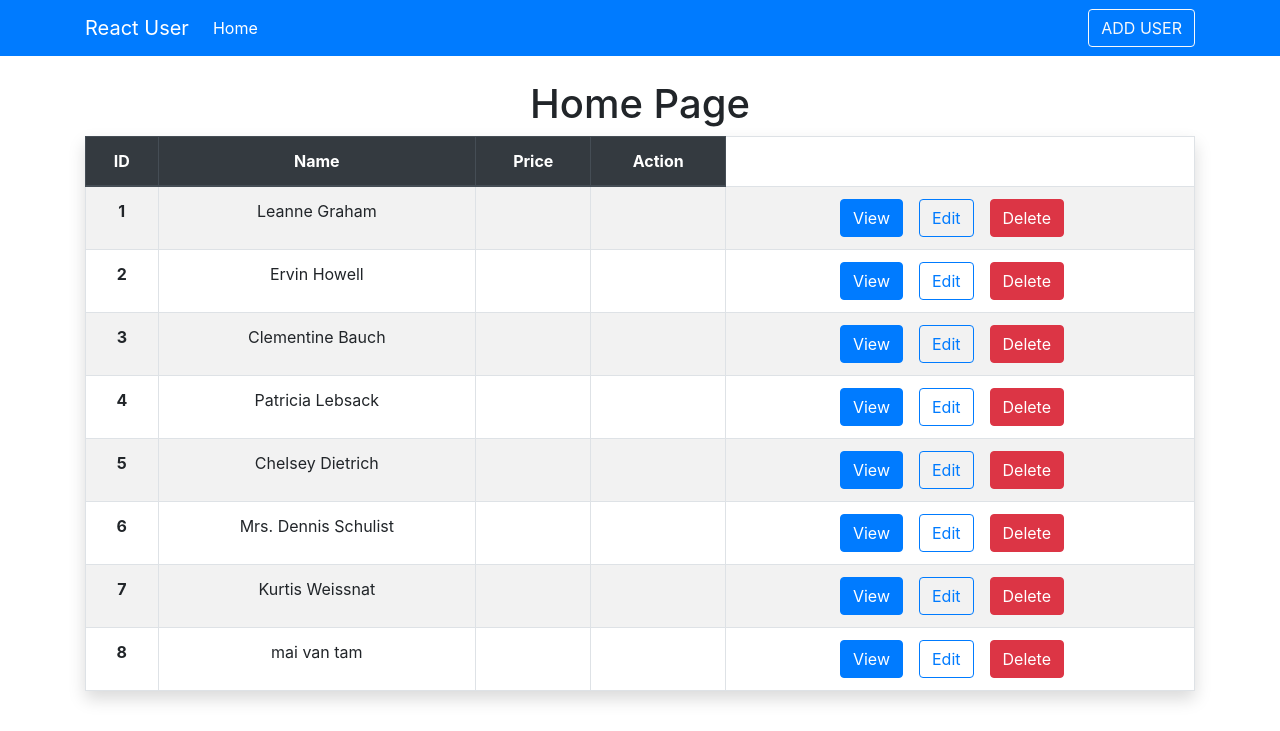
Repository: tammv/crud_product
Page: /
These files come from the project's save history. The page is drawn as it stood at one moment and after the next save; the edit follows.
The browser window is 1280 px wide. The pictures show the whole page.
The project was rebuilt for these pictures with package versions that can differ from the ones it lists, and the page was loaded fresh each time. Requests to the local data server were answered from the project's data file. Also part of the build but not shown: src/index.css, src/components/pages/NotFound.js, src/components/users/AddUser.js, src/components/users/UpdateUser.js, src/components/users/User.js.

Above is the page before, as saved 2023-07-09 15:29:29.

### src/App.js
import "./App.css";
import React from "react";
import "../node_modules/bootstrap/dist/css/bootstrap.css";
import Home from "./components/pages/Home";
import Navbar from "./components/layout/Navbar";
import { BrowserRouter as Router, Route, Routes } from "react-router-dom";
import NotFound from "./components/pages/NotFound";
import AddUser from "./components/users/AddUser";
import UpdateUser from "./components/users/UpdateUser";
import User from "./components/users/User";

function App(props) {
  return (
    <Router>
      <div className="App">
        <Navbar />

        <Routes>
          <Route exact path="/" element={<Home />} />
          <Route exact path="/users/add" element={<AddUser />} />
          <Route exact path="/users/update/:id" element={<UpdateUser />} />
          <Route exact path="/users/:id" element={<User />}></Route>
          <Route component={NotFound} />
        </Routes>
      </div>
    </Router>
  );
}
export default App;

### src/components/pages/Home.js
import React, { useState, useEffect } from "react";
import axios from "axios";
import { Link } from "react-router-dom";

const Home = () => {
  const [users, setUser] = useState([]);

  useEffect(() => {
    loadUsers();
  }, []);

  const loadUsers = async () => {
    const result = await axios.get("http://localhost:3003/users");
    // console.log(result);
    setUser(result.data);
  };

  const deleteUser = async (id) => {
    await axios.delete(`http://localhost:3003/users/${id}`);
    loadUsers();
  };

  return (
    <div className="container">
      <div className="py-4">
        <h1>Home Page</h1>

        <table class="table table-bordered table-striped shadow">
          <thead class="thead-dark">
            <tr>
              <th scope="col">ID</th>
              <th scope="col">Name</th>
              <th scope="col">Price</th>
              <th scope="col">Action</th>
            </tr>
          </thead>
          <tbody>
            {users.map((user, index) => (
              <tr>
                <th scope="row">{index + 1}</th>
                <td>{user.name}</td>
                <td>{user.username}</td>
                <td>{user.email}</td>
                <td>
                  <Link className="btn btn-primary mr-3" to={`/users/${user.id}`}>
                    View
                  </Link>
                  <Link className="btn btn-outline-primary mr-3" to={`/users/update/${user.id}`}>
                    Edit
                  </Link>
                  <Link className="btn btn-danger mr-3" onClick={() => deleteUser(user.id)}>
                    Delete
                  </Link>
                </td>
              </tr>
            ))}
          </tbody>
        </table>
      </div>
    </div>
  );
};

export default Home;

### src/components/layout/Navbar.js
import React from "react";
import { Link, NavLink } from "react-router-dom";

const Navbar = () => {
  return (
    <nav className="navbar navbar-expand-lg navbar-dark bg-primary">
      <div className="container">
        <Link className="navbar-brand" to="#">
          React User
        </Link>
        <button
          className="navbar-toggler"
          type="button"
          data-toggle="collapse"
          data-target="#navbarSupportedContent"
          aria-controls="navbarSupportedContent"
          aria-expanded="false"
          aria-label="Toggle navigation"
        >
          <span className="navbar-toggler-icon"></span>
        </button>

        <div className="collapse navbar-collapse">
          <ul className="navbar-nav mr-auto">
            <li className="nav-item ">
              <NavLink className="nav-link" exact to="/">
                Home
              </NavLink>
            </li>
          </ul>
        </div>

        <Link className="btn btn-outline-light" to="/users/add">
          ADD USER
        </Link>
      </div>
    </nav>
  );
};

export default Navbar;

### db.json
{
  "users": [
    {
      "id": 1,
      "name": "Leanne Graham",
      "price": "1000"
    },
    {
      "id": 2,
      "name": "Ervin Howell",
      "price": "1000"
    },
    {
      "id": 3,
      "name": "Clementine Bauch",
      "price": "1000"
    },
    {
      "id": 4,
      "name": "Patricia Lebsack",
      "price": "1000"
    },
    {
      "id": 5,
      "name": "Chelsey Dietrich",
      "price": "1000"
    },
    {
      "id": 6,
      "name": "Mrs. Dennis Schulist",
      "price": "1000"
    },
    {
      "id": 7,
      "name": "Kurtis Weissnat",
      "price": "1000"
    },
    { "id": 8, "name": "mai van tam", "price": "1000" }
  ]
}

Loaded but not shown: public/index.html (common file); src/index.js (common file); src/reportWebVitals.js (common file); src/App.css (common file)

After the next save:
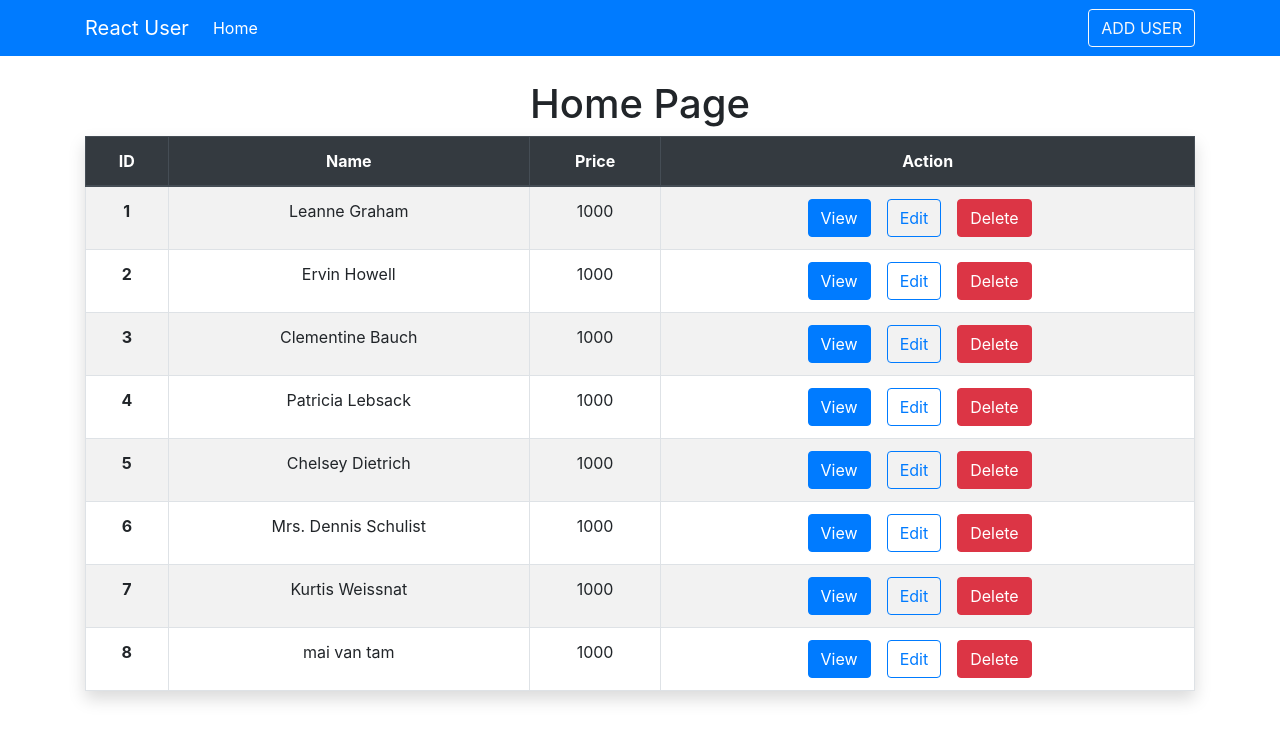
Saved 63 s later.
--- a/src/components/pages/Home.js
+++ b/src/components/pages/Home.js
@@ -39,8 +39,8 @@ const Home = () => {
               <tr>
                 <th scope="row">{index + 1}</th>
                 <td>{user.name}</td>
-                <td>{user.username}</td>
-                <td>{user.email}</td>
+                <td>{user.price}</td>
+
                 <td>
                   <Link className="btn btn-primary mr-3" to={`/users/${user.id}`}>
                     View
